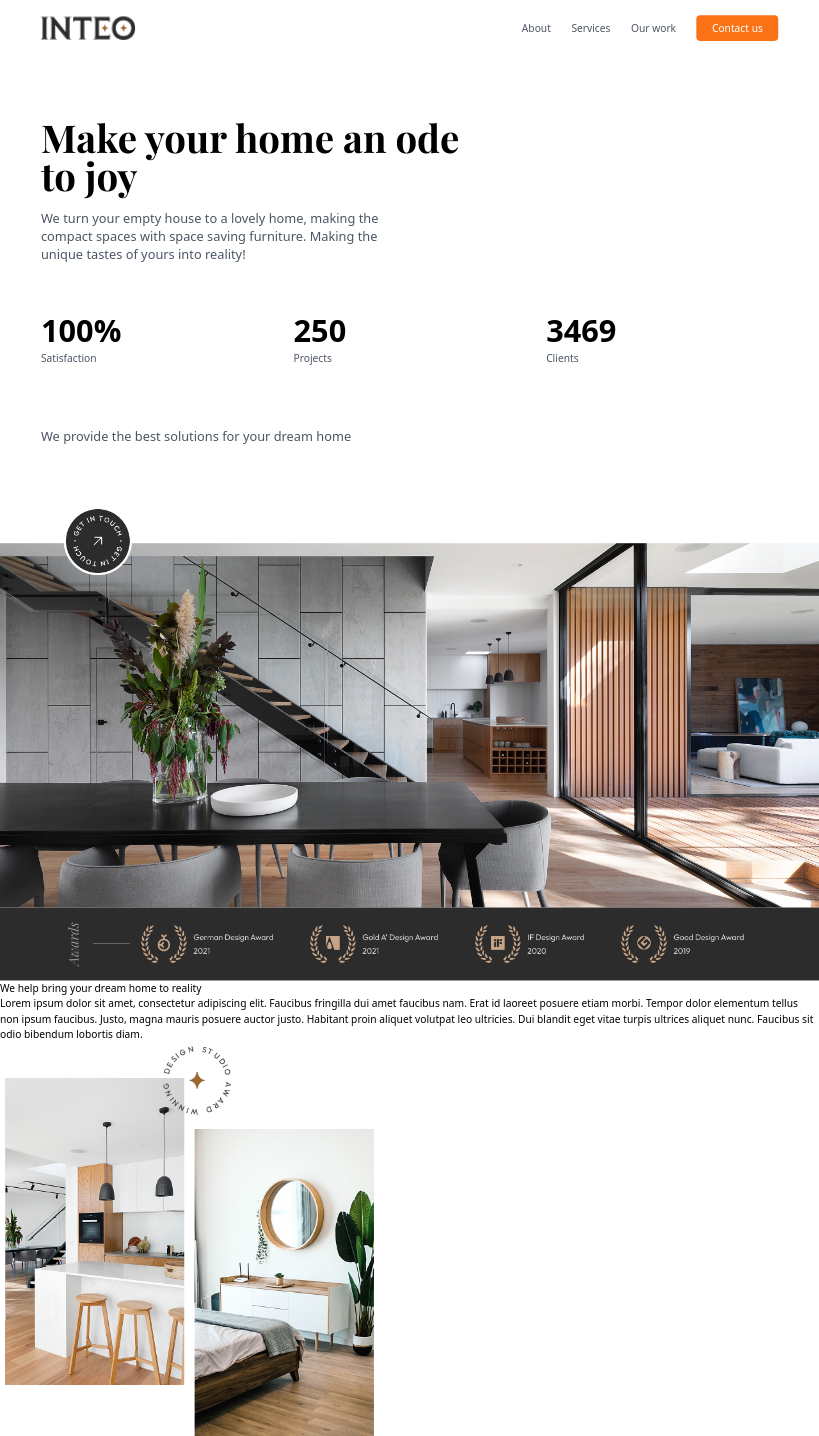
Repository: CatherinneJ/responsive-tailwind-website
Page: tailwind.html
An editor plug-in stored every save of this project. The page is shown before and after the next save, followed by the edit.
The browser window is 1280 px wide. The pictures show the whole page, at 64% of full size.
Some web libraries are served in a nearby version.

Above is the page before, as saved 2025-05-20 17:46:13.

### tailwind.html
<!DOCTYPE html>
<html lang="en">
<head>
    <meta charset="UTF-8">
    <meta name="viewport" content="width=device-width, initial-scale=1.0">
    <title>NTEO - Make your home an ode to joy</title>
    <script src="https://cdn.tailwindcss.com"></script>
    <link href="https://fonts.googleapis.com/css2?family=Playfair+Display:wght@400;700&display=swap" rel="stylesheet">
    <style>
        .font-playfair {
            font-family: 'Playfair Display', serif;
        }
    </style>
</head>
<body class="bg-white">
    <header class="py-6 px-8 lg:px-16">
        <nav class="flex justify-between items-center">
            <img src="./Assets/Logo.png" alt="logo" class="h-10">
            <ul class="flex space-x-8 items-center">
                <li class="text-gray-600 hover:text-black">About</li>
                <li class="text-gray-600 hover:text-black">Services</li>
                <li class="text-gray-600 hover:text-black">Our work</li>
                <li class="bg-orange-500 text-white px-6 py-2 rounded-md hover:bg-orange-600">Contact us</li>
            </ul>
        </nav>
    </header>

    <section class="px-8 lg:px-16 py-12 md:py-24">
        <h1 class="text-4xl md:text-5xl lg:text-6xl font-bold font-playfair mb-6 max-w-2xl">
            Make your home an ode to joy
        </h1>

        <p class="text-lg md:text-xl text-gray-600 mb-12 md:mb-20 max-w-xl">
            We turn your empty house to a lovely home, making the compact spaces with space saving furniture. Making the unique tastes of yours into reality!
        </p>

        <div class="grid grid-cols-1 md:grid-cols-3 gap-8 mb-16 md:mb-24">
            <div>
                <p class="text-4xl md:text-5xl font-bold mb-2">100%</p>
                <p class="text-gray-600">Satisfaction</p>
            </div>
            <div>
                <p class="text-4xl md:text-5xl font-bold mb-2">250</p>
                <p class="text-gray-600">Projects</p>
            </div>
            <div>
                <p class="text-4xl md:text-5xl font-bold mb-2">3469</p>
                <p class="text-gray-600">Clients</p>
            </div>
        </div>

        <p class="text-lg md:text-xl text-gray-600 max-w-xl">
            We provide the best solutions for your dream home
        </p>
    </section>
    <section>
        <img src="./Assets/Creative.png" class="w-full" alt="background1">
    </section>
    <section id="awards">
        <img src="./Assets/Awards.png" class="w-full" alt="background1" alt="award">
    </section>

    <section>
        <h2>
            <p>
                We help bring your dream home to reality
            </p>
        </h2>
        <p>
            Lorem ipsum dolor sit amet, consectetur adipiscing elit. Faucibus fringilla dui amet faucibus nam. Erat id laoreet posuere etiam morbi. Tempor dolor elementum tellus non ipsum faucibus. Justo, magna mauris posuere auctor justo. Habitant proin aliquet volutpat leo ultricies. Dui blandit eget vitae turpis ultrices aliquet nunc. Faucibus sit odio bibendum lobortis diam.
        </p>
        <img src="./Assets/Section.png" alt="section2">
    </section>
</body>
</html>

After the next save:
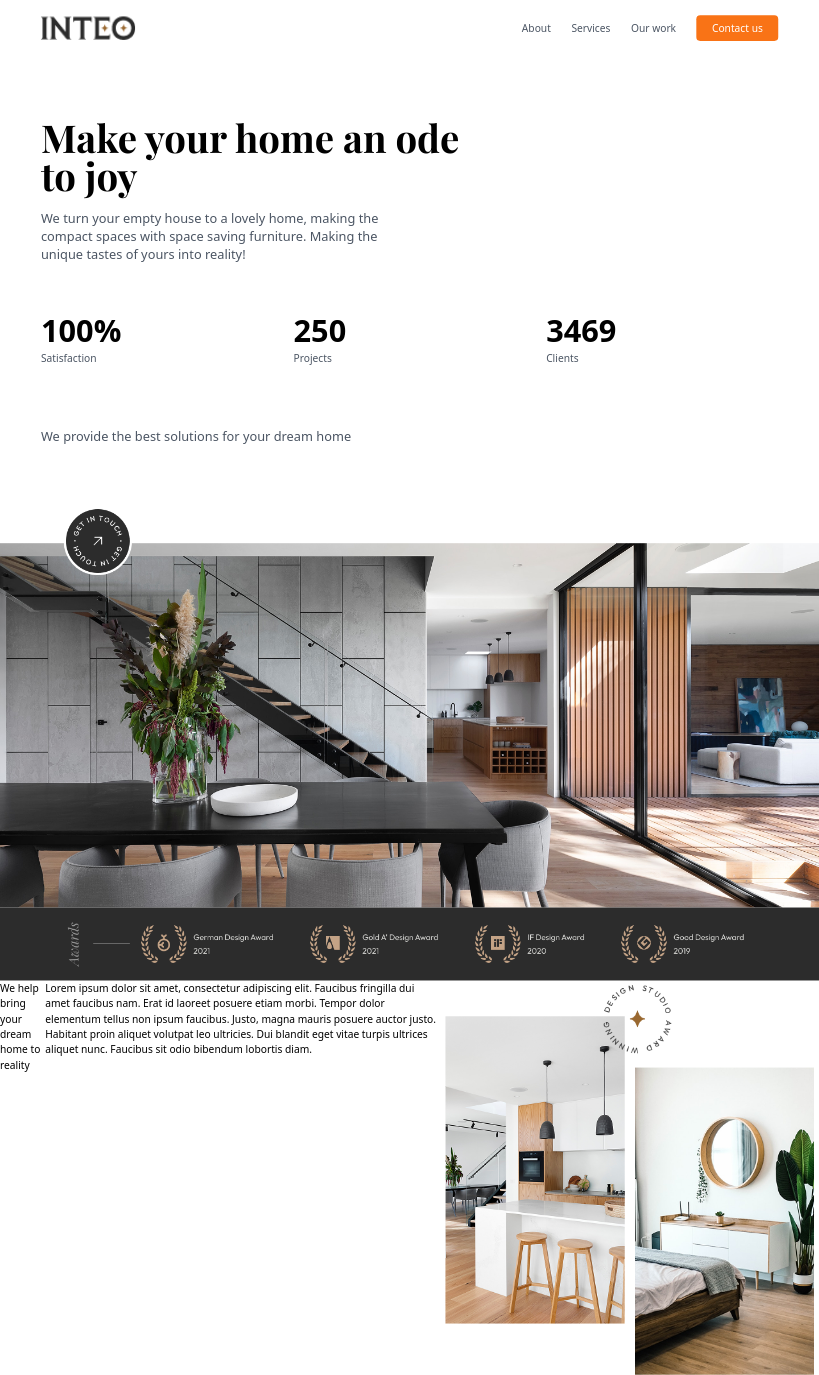
Saved 25 s later.
--- a/tailwind.html
+++ b/tailwind.html
@@ -60,7 +60,7 @@
         <img src="./Assets/Awards.png" class="w-full" alt="background1" alt="award">
     </section>
 
-    <section>
+    <section class="flex">
         <h2>
             <p>
                 We help bring your dream home to reality
